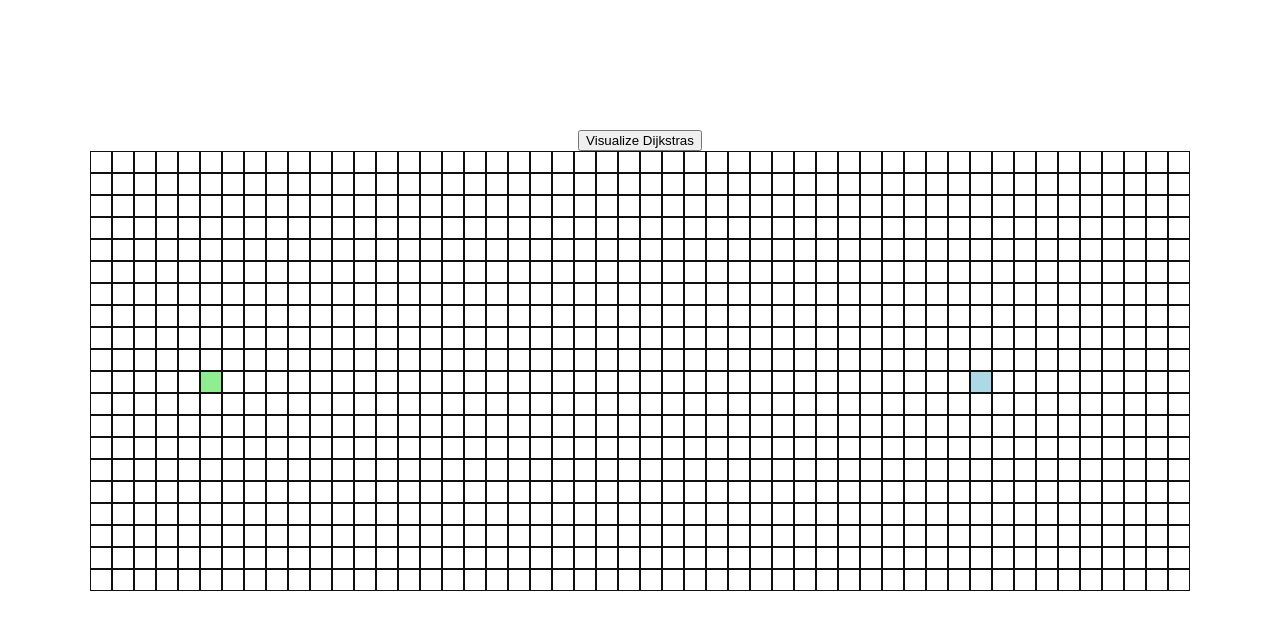
Repository: rehans-Life/Pathfinding-Visualizer
Page: /
The author's editor kept a copy of each file at every save. The page is drawn from the files as they stood at one save, then again after the next save.
The browser window is 1280 px wide. The pictures show the whole page.
The project was rebuilt for these pictures with package versions that can differ from the ones it lists, and the page was loaded fresh each time. The framework's server and built-in components were replaced by stand-ins that run in the browser. Also part of the build but not shown: next.config.js.

Above is the page before, as saved 2023-03-09 19:21:17.

### pages/index.js
import Head from "next/head";
import styles from "../styles/Home.module.css";
import Node from "../components/Node";
import { dijkstras } from "../algorithms/dijkstras";
import { useMemo, useState } from "react";

const START_ROW = 10;
const START_COL = 5;
const END_ROW = 10;
const END_COL = 40;

function getInitialGrid() {
  let grid = [];
  for (let i = 0; i < 20; i++) {
    let row = [];
    for (let j = 0; j < 50; j++) {
      const node = {
        row: i,
        col: j,
        isStart: i === START_ROW && j === START_COL,
        isEnd: i === END_ROW && j === END_COL,
        distance: Infinity,
        parent: null,
        isVisited: false,
        isWall: false,
      };
      row.push(node);
    }
    grid.push(row);
  }
  return grid;
}

export default function Home() {
  const [grid, setGrid] = useState(getInitialGrid());

  return (
    <div className={styles.container}>
      <Head>
        <title>Pathfinding Visualizer</title>
        <meta name="description" content="Generated by create next app" />
        <link rel="icon" href="/favicon.ico" />
      </Head>
      <button onClick={() => visualizeDijistras(grid, setGrid)}>
        Visualize Dijkstras
      </button>
      {grid.map((row, index) => (
        <div key={index} className={styles.row}>
          {row.map((node, index) => (
            <Node
              key={index}
              row={node.row}
              col={node.col}
              isStart={node.isStart}
              isEnd={node.isEnd}
              distance={node.distance}
              isVisited={node.isVisited}
              isWall={node.isWall}
            ></Node>
          ))}
        </div>
      ))}
    </div>
  );
}

const animteDijkstras = (visitedNodes, grid, setGrid) => {
  for (let i = 0; i < visitedNodes?.length; i++) {
    setTimeout(() => {
      let newGrid = grid.slice();

      let node = visitedNodes[i];
      let newNode = {
        ...node,
        isVisited: true,
      };

      newGrid[node.row][node.col] = newNode;
      setGrid(newGrid);
    }, 100 * i);
  }
};

const visualizeDijistras = (grid, setGrid) => {
  let startNode = grid[START_ROW][START_ROW];
  let endNode = grid[END_ROW][END_COL];
  let visitedNodes = dijkstras(grid, startNode, endNode);
  console.log(visitedNodes);
  animteDijkstras(visitedNodes, grid, setGrid);
};

### styles/Home.module.css
.container {
  display: flex;
  flex-direction: column;
  justify-content: center;
  align-items: center;
  width: 100vw;
  height: 100vh;
}
.node {
  padding: 10px;
  border: 1px solid #111;
  width: 10px;
}

.row {
  display: flex;
}

.startNode {
  padding: 10px;
  border: 1px solid #111;
  width: 10px;
  background-color: lightgreen;
}
.visited {
  background-color: black;
  padding: 10px;
  border: 1px solid #111;
  width: 10px;
}

.endNode {
  padding: 10px;
  border: 1px solid #111;
  width: 10px;
  background-color: lightblue;
}

### components/Node.js
import React from "react";
import styles from "../styles/Home.module.css";

export default function Node({
  row,
  col,
  isStart,
  isEnd,
  distance,
  isWall,
  isVisited,
}) {
  return (
    <div
      className={
        isStart
          ? styles.startNode
          : isEnd
          ? styles.endNode
          : isVisited
          ? styles.visited
          : styles.node
      }
    >
      {" "}
    </div>
  );
}

### algorithms/dijkstras.js
class PriorityQueue {
  constructor() {
    this.heap = [];
  }

  isEmpty() {
    return this.heap.length == 0;
  }

  insert(node) {
    this.heap.push(node);
    let i = this.heap.length - 1;
    this.siftup(i);
  }

  delete() {
    let temp = this.heap[0];
    this.heap[0] = this.heap[this.heap.length - 1];
    this.heap.pop();
    this.shiftdown(0);
    return temp;
  }

  siftup(i) {
    let parent = Math.floor((i - 1) / 2);
    while (parent >= 0 && this.heap[parent].distance > this.heap[i].distance) {
      let temp = this.heap[parent];
      this.heap[parent] = this.heap[i];
      this.heap[i] = temp;
      i = parent;
      parent = Math.floor((i - 1) / 2);
    }
  }
  shiftdown(i) {
    let leftChild = i * 2 + 1;
    let rightChild = i * 2 + 2;
    let n = this.heap.length;

    while (
      (leftChild < n &&
        this.heap[leftChild].distance < this.heap[i].distance) ||
      (rightChild < n && this.heap[rightChild].distance < this.heap[i].distance)
    ) {
      let smaller =
        rightChild >= n ||
        this.heap[leftChild].distance <= this.heap[rightChild].distance
          ? leftChild
          : rightChild;

      let temp = this.heap[i];
      this.heap[i] = this.heap[smaller];
      this.heap[smaller] = temp;

      i = smaller;
      leftChild = i * 2 + 1;
      rightChild = i * 2 + 2;
    }
  }
}

function isValid(row, col) {
  return row < 20 && row >= 0 && col < 50 && col >= 0;
}

export function dijkstras(grid, src, target) {
  let priorityQueue = new PriorityQueue();
  let delRow = [-1, +1, 0, 0];
  let delCol = [0, 0, -1, +1];

  let visitedNodes = [];

  priorityQueue.insert(src);
  src.distance = 0;
  visitedNodes.push(src);

  while (!priorityQueue.isEmpty()) {
    let node = priorityQueue.delete();

    for (let i = 0; i < 4; i++) {
      let adjRow = node.row + delRow[i];
      let adjCol = node.col + delCol[i];
      let newDistance = node.distance + 1;

      if (isValid(adjRow, adjCol)) {
        let adjNode = grid[adjRow][adjCol];
        if (newDistance < adjNode.distance) {
          adjNode.distance = newDistance;
          adjNode.parent = node;
          if (adjNode.row === target.row && adjNode.col === target.col) {
            return visitedNodes;
          }
          visitedNodes.push(adjNode);
          priorityQueue.insert(adjNode);
        }
      }
    }
  }
}

Loaded but not shown: pages/_app.js (common file); styles/globals.css (common file)

After the next save:
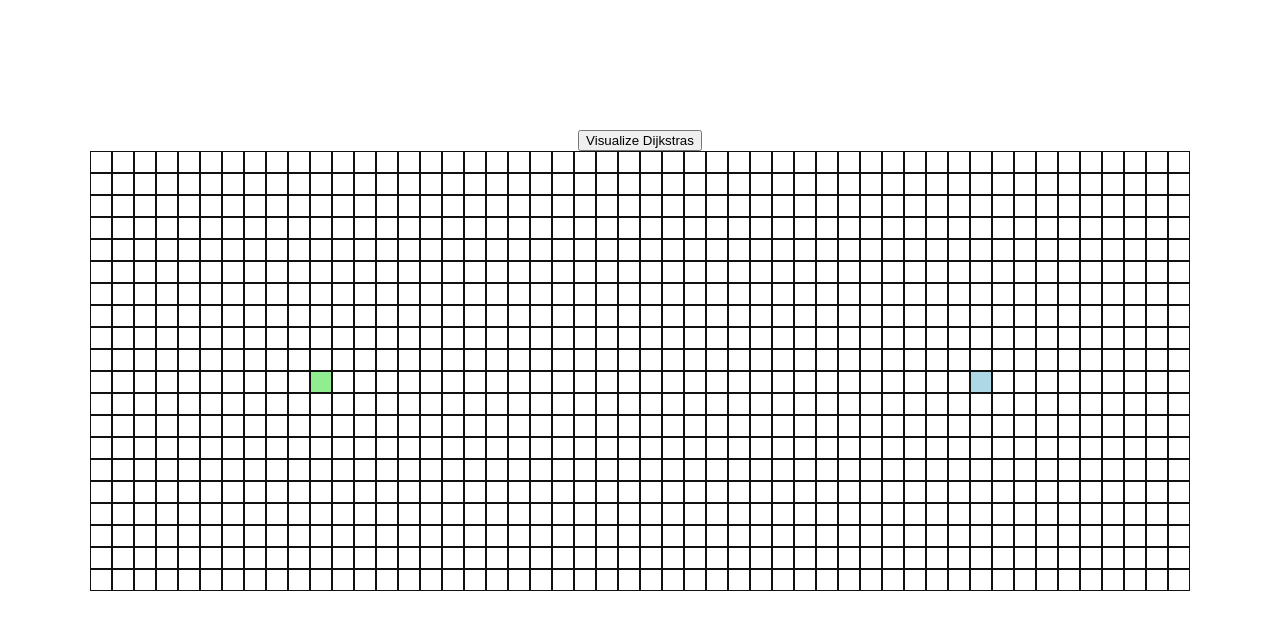
Saved 2 min 13 s later.
--- a/pages/index.js
+++ b/pages/index.js
@@ -5,7 +5,7 @@ import { dijkstras } from "../algorithms/dijkstras";
 import { useMemo, useState } from "react";
 
 const START_ROW = 10;
-const START_COL = 5;
+const START_COL = 10;
 const END_ROW = 10;
 const END_COL = 40;
 
